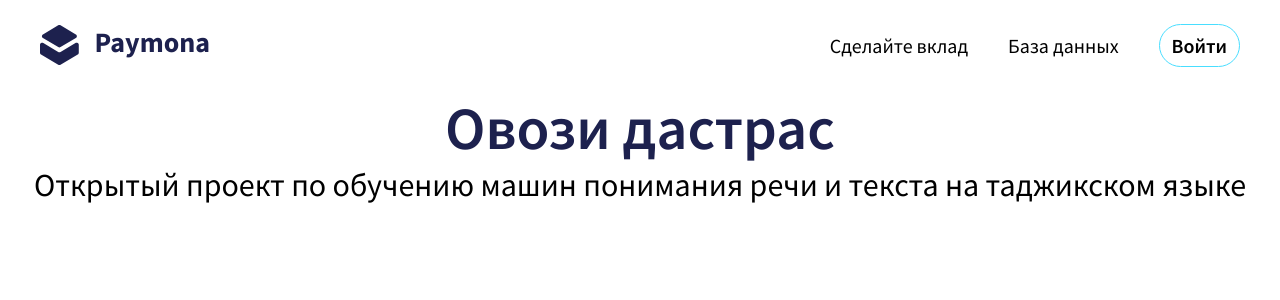
Repository: Amin444/Paymona-Sadp
Page: index.html
An editor plug-in stored every save of this project. The page is shown before and after the next save, followed by the edit.
The browser window is 1280 px wide. The pictures show the whole page.

Above is the page before, as saved 2021-11-11 14:23:30.

After the next save:
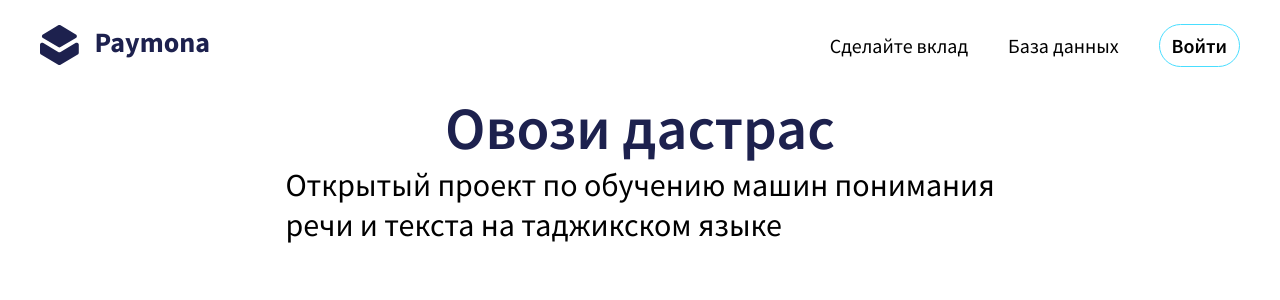
Saved 31 s later.
--- a/index.html
+++ b/index.html
@@ -26,7 +26,7 @@
 
      <div class="title">
         <h1>Овози дастрас</h1>
-        <p class="desc">Открытый проект по обучению машин понимания речи и текста на таджикском языке</p>
+        <p class="desc">Открытый проект по обучению машин понимания <br> речи и текста на таджикском языке</p>
      </div>
 
   </div>
